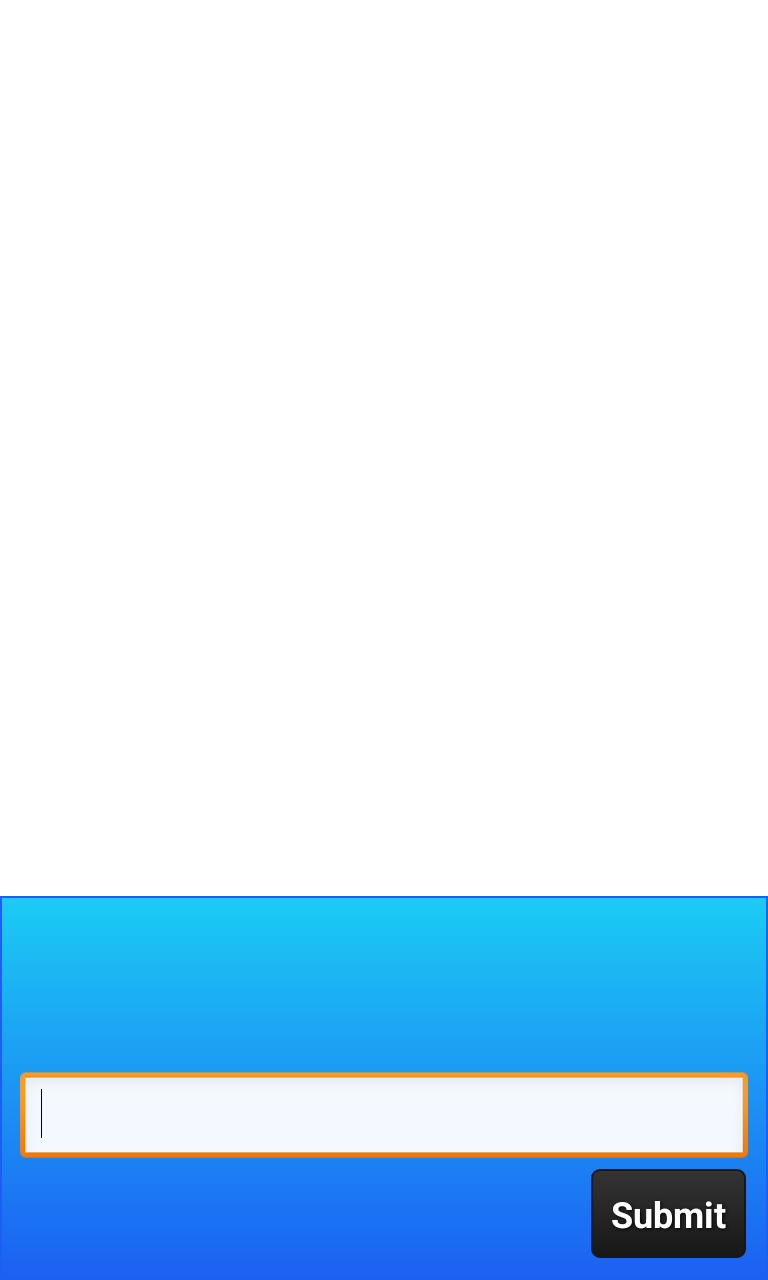
Repository: yuanpeixin/Project
Layout: GameForum/res/layout/add_reply.xml
These files come from the project's save history. The layout is drawn as it stood at one moment and after the next save; the edit follows.
It is drawn on a 768 x 1280 px phone screen (xhdpi) without system bars, with theme android:Theme.Translucent; the app's code is not run.

Above is the layout before, as saved 2015-10-09 01:40:13.

After the next save:
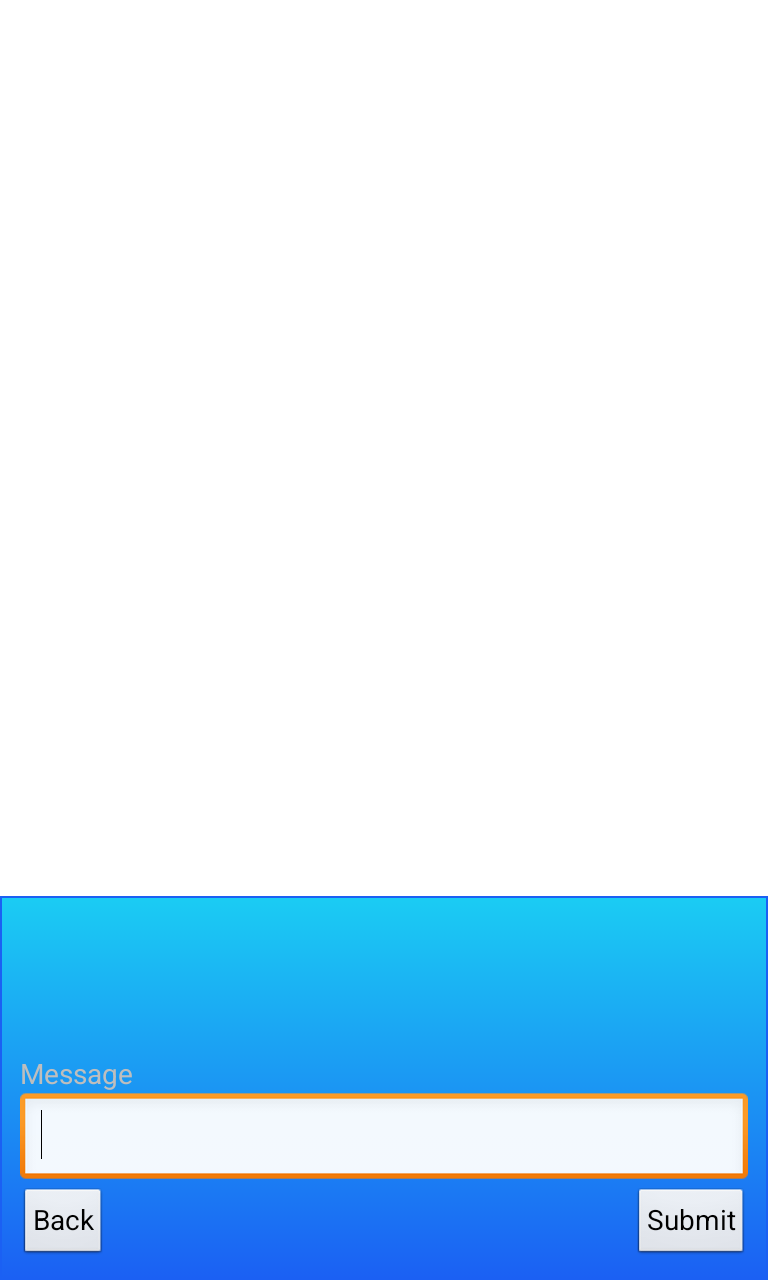
Saved 3 min 57 s later.
--- a/GameForum/res/layout/add_reply.xml
+++ b/GameForum/res/layout/add_reply.xml
@@ -17,26 +17,44 @@
         android:layout_weight="7"
         android:background="@drawable/blue_gradient" >
 
+        <Button
+            android:id="@+id/arSubmit"
+            style="?android:attr/buttonStyleSmall"
+            android:layout_width="wrap_content"
+            android:layout_height="wrap_content"
+            android:layout_alignParentBottom="true"
+            android:layout_alignParentRight="true"
+            android:text="Submit" />
+
+        <Button
+            android:id="@+id/button1"
+            style="?android:attr/buttonStyleSmall"
+            android:layout_width="wrap_content"
+            android:layout_height="wrap_content"
+            android:layout_alignParentBottom="true"
+            android:layout_alignParentLeft="true"
+            android:text="Back" />
+
         <EditText
             android:id="@+id/arET"
             android:layout_width="match_parent"
             android:layout_height="wrap_content"
             android:layout_above="@+id/arSubmit"
+            android:layout_centerHorizontal="true"
             android:ems="10"
             android:inputType="textMultiLine" >
 
             <requestFocus />
         </EditText>
 
-        <Button
-            android:id="@+id/arSubmit"
-            style="@style/WhiteText"
+        <TextView
+            android:id="@+id/textView1"
             android:layout_width="wrap_content"
             android:layout_height="wrap_content"
-            android:layout_alignParentBottom="true"
-            android:layout_alignParentRight="true"
-            android:background="@drawable/black_button"
-            android:text="Submit" />
+            android:layout_above="@+id/arET"
+            android:layout_alignParentLeft="true"
+            android:text="Message" />
+
     </RelativeLayout>
 
 </LinearLayout>
